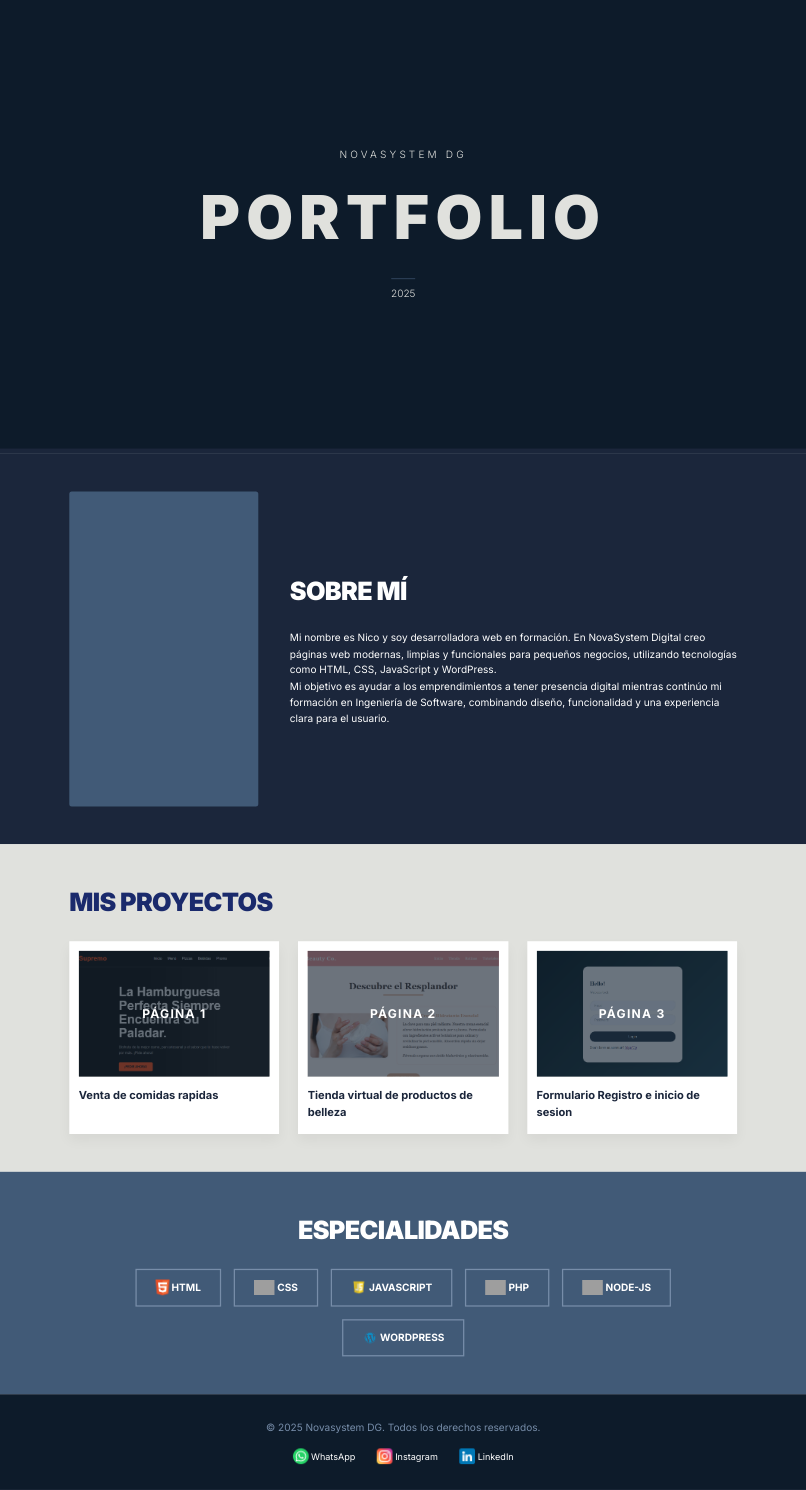
Repository: NovaSystem-DG/Portafolio
Page: index.html
These files come from the project's save history. The page is drawn as it stood at one moment and after the next save; the edit follows.
The browser window is 1280 px wide. The pictures show the whole page, at 63% of full size.
Pictures or frames that could not be fetched are drawn as grey boxes.

Above is the page before, as saved 2026-01-09 18:39:41.

After the next save:
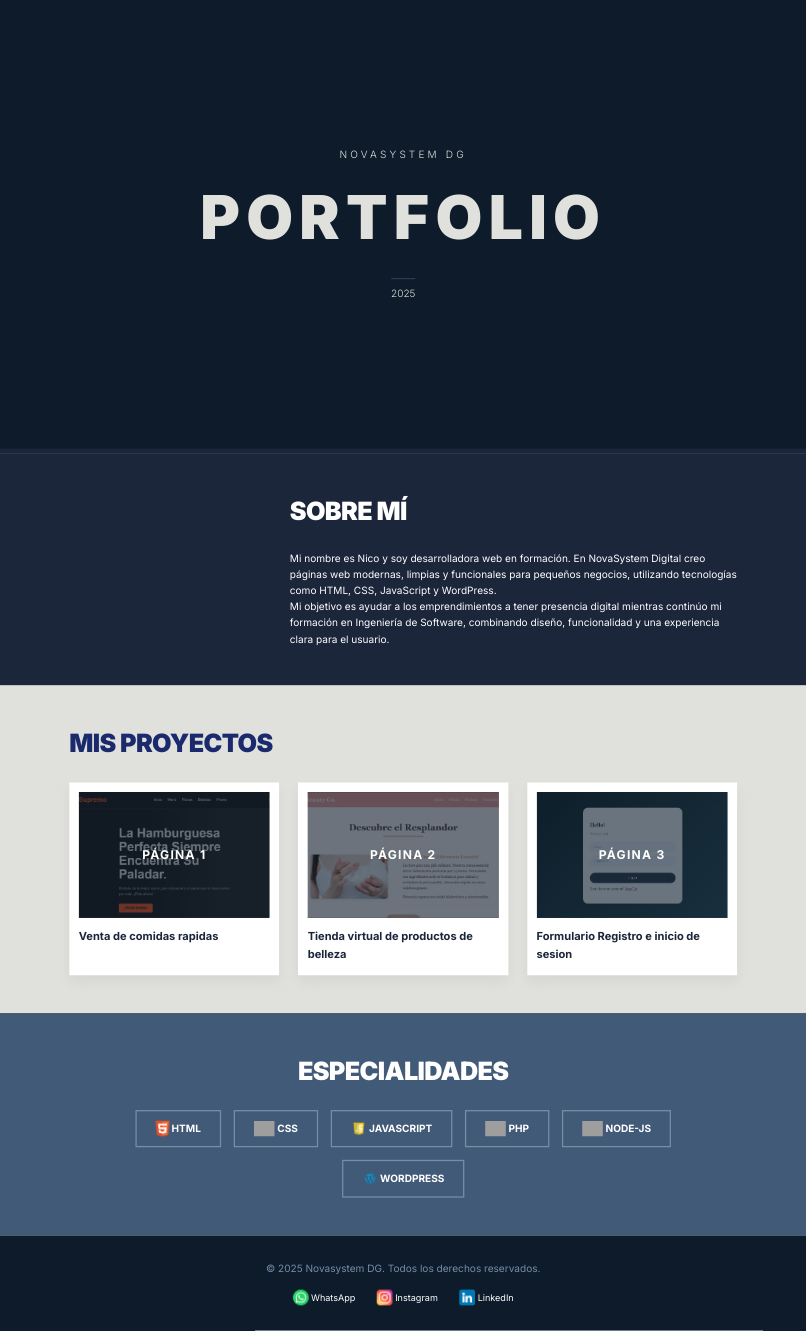
Saved 9 s later.
--- a/style.css
+++ b/style.css
@@ -74,7 +74,7 @@ h2 {
 
 .photo-placeholder {
     width: 300px;
-    height: 500px;
+    height: 00px;
     background-color: #415a77;
     display: flex;
     align-items: center;
